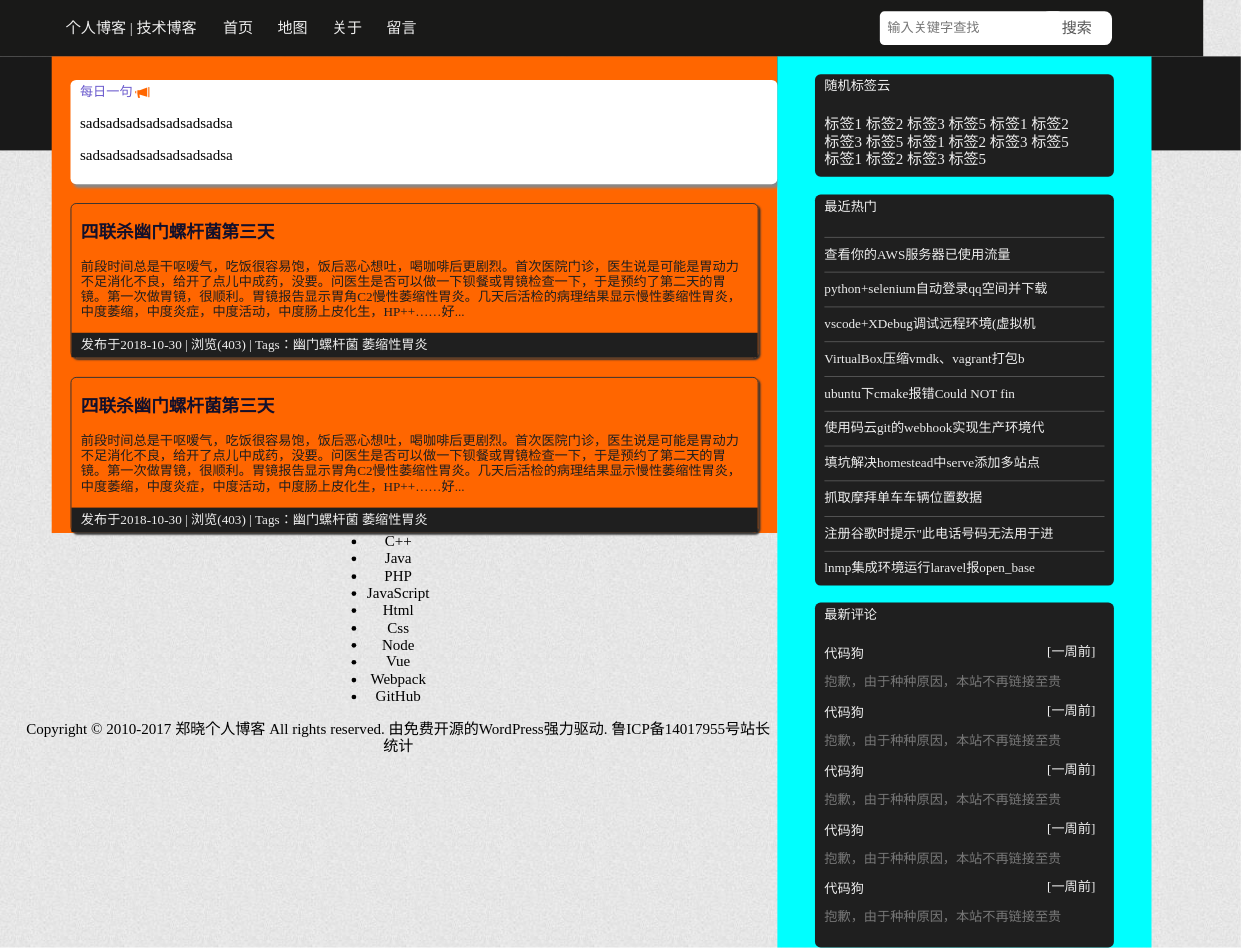
Repository: li1214/my_blog
Page: page/index.html
These files come from the project's save history. The page is drawn as it stood at one moment and after the next save; the edit follows.
The browser window is 1280 px wide. The page is 1320 px wide, so the pictures cover 1320 px, including what lies to the right of the window. The pictures show the whole page, at 94% of full size.

Above is the page before, as saved 2019-01-04 11:27:53.

### page/index.html
<!DOCTYPE html>
<html lang="en">
  <head>
    <meta charset="UTF-8" />
    <meta name="viewport" content="width=device-width, initial-scale=1.0" />
    <meta http-equiv="X-UA-Compatible" content="ie=edge" />
    <title>个人博客</title>
    <link href="./css/base.css" rel="stylesheet" type="text/css" />
    <link href="./css/index.css" rel="stylesheet" type="text/css" />
  </head>
  <body>
    <header>
      <div class="container">
        <a>个人博客 | 技术博客</a>
        <ul>
          <li><a href="">首页</a></li>
          <li><a href="">地图</a></li>
          <li><a href="">关于</a></li>
          <li><a href="">留言</a></li>
        </ul>
        <div class="search">
          <input type="text" placeholder="输入关键字查找" />
          <button>搜索</button>
        </div>
      </div>
    </header>
    <div class="content">
      <div class="content-left">
        <div class="every-day">
          <span>每日一句</span>
          <p>sadsadsadsadsadsadsadsa</p>
          <p>sadsadsadsadsadsadsadsa</p>
        </div>
        <div class="blog-list">
          <div class="blog">
            <a><h3>四联杀幽门螺杆菌第三天</h3></a>
            <p>
              前段时间总是干呕嗳气，吃饭很容易饱，饭后恶心想吐，喝咖啡后更剧烈。首次医院门诊，医生说是可能是胃动力不足消化不良，给开了点儿中成药，没要。问医生是否可以做一下钡餐或胃镜检查一下，于是预约了第二天的胃镜。第一次做胃镜，很顺利。胃镜报告显示胃角C2慢性萎缩性胃炎。几天后活检的病理结果显示慢性萎缩性胃炎，中度萎缩，中度炎症，中度活动，中度肠上皮化生，HP++……好...
            </p>
            <div class="blog-foot">
              发布于2018-10-30 | 浏览(403) | Tags：幽门螺杆菌 萎缩性胃炎
            </div>
          </div>
          <div class="blog">
            <a> <h3>四联杀幽门螺杆菌第三天</h3> </a>
            <p>
              前段时间总是干呕嗳气，吃饭很容易饱，饭后恶心想吐，喝咖啡后更剧烈。首次医院门诊，医生说是可能是胃动力不足消化不良，给开了点儿中成药，没要。问医生是否可以做一下钡餐或胃镜检查一下，于是预约了第二天的胃镜。第一次做胃镜，很顺利。胃镜报告显示胃角C2慢性萎缩性胃炎。几天后活检的病理结果显示慢性萎缩性胃炎，中度萎缩，中度炎症，中度活动，中度肠上皮化生，HP++……好...
            </p>
            <div class="blog-foot">
              发布于2018-10-30 | 浏览(403) | Tags：幽门螺杆菌 萎缩性胃炎
            </div>
          </div>
        </div>
      </div>
      <div class="content-right">
        <div class="right-box">
          <h4>随机标签云</h4>
          <div class="contents">
            <a>标签1</a> <a>标签2</a> <a>标签3</a> <a>标签5</a> <a>标签1</a>
            <a>标签2</a> <a>标签3</a> <a>标签5</a> <a>标签1</a> <a>标签2</a>
            <a>标签3</a> <a>标签5</a> <a>标签1</a> <a>标签2</a> <a>标签3</a>
            <a>标签5</a>
          </div>
        </div>
        <div class="right-box" style="padding-bottom: 0;">
          <h4>最近热门</h4>
          <div class="contents">
            <ul class="list-group">
              <li class="list-group-item">
                <a href="https://www.zh30.com/aws-ec2-cloudwatch.html"
                  >查看你的AWS服务器已使用流量</a
                >
              </li>
              <li class="list-group-item">
                <a
                  href="https://www.zh30.com/python-selenium-qqzone-album.html"
                  >python+selenium自动登录qq空间并下载</a
                >
              </li>
              <li class="list-group-item">
                <a
                  href="https://www.zh30.com/vscode-xdebug-remote-vagrant-php.html"
                  >vscode+XDebug调试远程环境(虚拟机</a
                >
              </li>
              <li class="list-group-item">
                <a
                  href="https://www.zh30.com/virtualbox-vmdk-vagrant-box.html"
                  >VirtualBox压缩vmdk、vagrant打包b</a
                >
              </li>
              <li class="list-group-item">
                <a
                  href="https://www.zh30.com/ubuntu-cmake-could-not-find-boost.html"
                  >ubuntu下cmake报错Could NOT fin</a
                >
              </li>
              <li class="list-group-item">
                <a
                  href="https://www.zh30.com/webhook-git-pull.html"
                  >使用码云git的webhook实现生产环境代</a
                >
              </li>
              <li class="list-group-item">
                <a
                  href="https://www.zh30.com/homestead-serve-add-sites.html"
                  >填坑解决homestead中serve添加多站点</a
                >
              </li>
              <li class="list-group-item">
                <a
                  href="https://www.zh30.com/crawl-mobike-location.html"
                  >抓取摩拜单车车辆位置数据</a
                >
              </li>
              <li class="list-group-item">
                <a
                  href="https://www.zh30.com/google-register-phone-verification.html"
                  >注册谷歌时提示"此电话号码无法用于进</a
                >
              </li>
              <li class="list-group-item">
                <a
                  href="https://www.zh30.com/lnmp-laravel-open_basedir.html"
                  >lnmp集成环境运行laravel报open_base</a
                >
              </li>
            </ul>
          </div>
        </div>
        <div class="right-box">
          <h4>最新评论</h4>
          <div class="contents">
            <div class='item'>
                <div class='item-title'>
                    <span>代码狗</span>
                    <span class='spanr'>[一周前]</span>
                </div>
                <p class='item-comtebt'>
                    抱歉，由于种种原因，本站不再链接至贵
                </p>
            </div>
            <div class='item'>
                <div class='item-title'>
                    <span>代码狗</span>
                    <span class='spanr'>[一周前]</span>
                </div>
                <p class='item-comtebt'>
                    抱歉，由于种种原因，本站不再链接至贵
                </p>
            </div>
            <div class='item'>
                <div class='item-title'>
                    <span>代码狗</span>
                    <span class='spanr'>[一周前]</span>
                </div>
                <p class='item-comtebt'>
                    抱歉，由于种种原因，本站不再链接至贵
                </p>
            </div>
            <div class='item'>
                <div class='item-title'>
                    <span>代码狗</span>
                    <span class='spanr'>[一周前]</span>
                </div>
                <p class='item-comtebt'>
                    抱歉，由于种种原因，本站不再链接至贵
                </p>
            </div>
            <div class='item'>
                <div class='item-title'>
                    <span>代码狗</span>
                    <span class='spanr'>[一周前]</span>
                </div>
                <p class='item-comtebt'>
                    抱歉，由于种种原因，本站不再链接至贵
                </p>
            </div>
          </div>
        </div>
      </div>
    </div>
    <footer>
        <ul>
            <li>C++</li>
            <li>Java</li>
            <li>PHP</li>
            <li>JavaScript</li>
            <li>Html</li>
            <li>Css</li>
            <li>Node</li>
            <li>Vue</li>
            <li>Webpack</li>
            <li>GitHub</li>
        </ul>
        <p>Copyright © 2010-2017 郑晓个人博客 All rights reserved. 由免费开源的WordPress强力驱动. 鲁ICP备14017955号站长统计</p>
    </footer>
  </body>
</html>

### page/css/base.css
html {line-height: 1.15; /* 1 */-webkit-text-size-adjust: 100%; /* 2 */}
body {margin: 0;}
@font-face{
    font-family: 'myicon';
    src: url('../font/glyphicons-halflings-regular.woff2')
}
ul{padding: 0}
main {
  display: block;
}
h1 {
  font-size: 2em;
  margin: 0.67em 0;
}
hr {
  box-sizing: content-box; /* 1 */
  height: 0; /* 1 */
  overflow: visible; /* 2 */
}
pre {
  font-family: monospace, monospace; /* 1 */
  font-size: 1em; /* 2 */
}
a {
  background-color: transparent;
}
abbr[title] {
  border-bottom: none; /* 1 */
  text-decoration: underline; /* 2 */
  text-decoration: underline dotted; /* 2 */
}
b,
strong {
  font-weight: bolder;
}
code,
kbd,
samp {
  font-family: monospace, monospace; /* 1 */
  font-size: 1em; /* 2 */
}
small {
  font-size: 80%;
}
sub,
sup {
  font-size: 75%;
  line-height: 0;
  position: relative;
  vertical-align: baseline;
}
sub {
  bottom: -0.25em;
}
sup {
  top: -0.5em;
}
img {
  border-style: none;
}
button,
input,
optgroup,
select,
textarea {
  font-family: inherit; /* 1 */
  font-size: 100%; /* 1 */
  line-height: 1.15; /* 1 */
  margin: 0; /* 2 */
}
button,
input { /* 1 */
  overflow: visible;
}
button,
select { /* 1 */
  text-transform: none;
}
button,
[type="button"],
[type="reset"],
[type="submit"] {
  -webkit-appearance: button;
}
button::-moz-focus-inner,
[type="button"]::-moz-focus-inner,
[type="reset"]::-moz-focus-inner,
[type="submit"]::-moz-focus-inner {
  border-style: none;
  padding: 0;
}
button:-moz-focusring,
[type="button"]:-moz-focusring,
[type="reset"]:-moz-focusring,
[type="submit"]:-moz-focusring {
  outline: 1px dotted ButtonText;
}
fieldset {
  padding: 0.35em 0.75em 0.625em;
}
legend {
  box-sizing: border-box; /* 1 */
  color: inherit; /* 2 */
  display: table; /* 1 */
  max-width: 100%; /* 1 */
  padding: 0; /* 3 */
  white-space: normal; /* 1 */
}
progress {
  vertical-align: baseline;
}
textarea {
  overflow: auto;
}

[type="checkbox"],
[type="radio"] {
  box-sizing: border-box; /* 1 */
  padding: 0; /* 2 */
}
[type="number"]::-webkit-inner-spin-button,
[type="number"]::-webkit-outer-spin-button {
  height: auto;
}

[type="search"] {
  -webkit-appearance: textfield; /* 1 */
  outline-offset: -2px; /* 2 */
}

[type="search"]::-webkit-search-decoration {
  -webkit-appearance: none;
}
::-webkit-file-upload-button {
  -webkit-appearance: button; /* 1 */
  font: inherit; /* 2 */
}
details {
  display: block;
}
summary {
  display: list-item;
}
template {
  display: none;
}
[hidden] {
  display: none;
}
a{text-decoration: none;}
/* ========================================================== css reset ========================================================== */

body {
    width: 100%;
    height: 100%;
    background-image: url(../image/bg.jpg);
    background-repeat: repeat;
    overflow-x: hidden;
}

header{
    width: 100%;
    height: 60px;
    background-color: #191918;
}
header .container {
    width:1170px;
    height: 100%;
    margin: 0 auto;
}
header .container>a{
    display: block;
    float: left;
    color: #eee;
    line-height: 60px;
    margin: 0 15px;
    font-size: 16px;
}
header .container>ul{
    float: left;
    margin: 0;
    padding: 0;
}
header .container>ul>li{
    display: inline-block;
    float: left;
}
header .container>ul>li a{
    color: #eee;
    display: inline-block;
    height: 60px;
    width: 58px;
    line-height: 60px;
    text-align: center;
}
header .container .search{
    float: right;
    height: 100%;
    position: relative;
    right: 117px;
}
header .container .search>input{
    display: inline-block;
    position: absolute;
    height: 26px;
    padding: 5px 8px;
    border-radius: 5px;
    border:none;
    outline: none;
    font-size: 14px;
    margin-top: 12px;
    left: -172px;
}
header .container .search > button{
    outline: none;
    display: inline-block;
    position: absolute;
    width: 75px;
    height: 36px;
    padding: 5px 10px;
    border-radius: 8px;
    margin-top: 12px;
    cursor: pointer;
    color: #555;
    background-color: white;
    border: none;
}
/* ============================================================== header end ===================================================================== */
.content {
    width: 1170px;
    margin: 0 auto;
    position: relative;
}
.content .content-left{
    float: left;
    width: 66%;
    box-sizing: border-box;
    padding: 0 20px;
    background: #f60;
}
.content .content-right{
    float: right;
    width: 34%;
    box-sizing: border-box;
    background-color: aqua;
}
.right-box{
    background-color: #1f1f1f;
    margin-top: 20px;
    width: 80%;
    margin: 0 auto;
    box-sizing: border-box;
    border-radius: 6px;
    padding-bottom: 10px;
}
.right-box>h4 {
    color: #f4f4f4;
    font-weight: normal;
    padding: 5px 10px;
    font-size: 14px;
}
.right-box .contents{
    color: #eee;
    padding: 0 10px 0px 10px;
}
/* .right-box .contents a::after{
    display: block;
    content: '';
    overflow: hidden;
    clear: both;
    position: absolute;
} */
.right-box .contents>a{
    display: inline-block;
}
.right-box .contents li{
    width: 100%;
    list-style: none;
    white-space:nowrap;
    overflow: hidden;
   text-overflow: ellipsis;
    border-top:1px solid #555;
}
.right-box .contents li a{
    font-size: 14px;
    display: inline-block;
    color: #eee;
    padding: 10px 0;
}
.right-box .item .item-title{position: relative;}
.right-box .item .item-title span{display: inline-block;font-size: 14px;font-weight: normal;}
.right-box .item .item-title span.spanr{
    position: absolute;
    right: 10px;
}
.right-box .item > p{color: #777;font-size: 14px;}


/* =====================================================================  footer start ================================================================= */

footer{
    width: 100%;
    height: 60px;
    background: #191919;
    text-align: center;
    padding: 20px;
}
footer ul{
    display: inline-block;
    margin:  0 auto;
    text-align: center;
}
footer ul li{

}

### page/css/index.css

.every-day{
    background-color: white;
    text-align: left;
    width: 100%;
    border-radius: 6px;
    padding: 5px 10px;
    box-shadow: 3px 4px 3px #888;
    margin-top: 25px;
}
.every-day span::before{
    font-family: myicon;
    content:'\e122';
    font-size: 14px;
    color: #f60;
    position: absolute;
    display: block;
    left: 90px;
}
.every-day > span{
    font-size: 14px;
    display: block;
    margin-bottom: 5px;
    color: slateblue;
}
.every-day > p{
    /* zuanwu */
}

.blog-list{
    width: 100%;
    position: relative;
}
.blog-list .blog{
    width: 100%;
    border:1px solid #333;
    border-radius: 6px;
    box-sizing: border-box;
    margin-top: 20px;
    box-shadow: 2px 2px 2px #333;
}
.blog-list .blog h3 {
    padding: 0 10px;
    color: #13102b;
    transition: color 0.5s;
}
.blog-list .blog h3:hover{color: #337ab7;cursor: pointer;}
.blog-list .blog p{padding: 0 10px;font-size: 14px;color: #1f1f1f;}
.blog-list .blog .blog-foot{
    background-color: #1f1f1f;
    padding: 5px 10px;
    color: #eee;
    font-size: 14px;
}

After the next save:
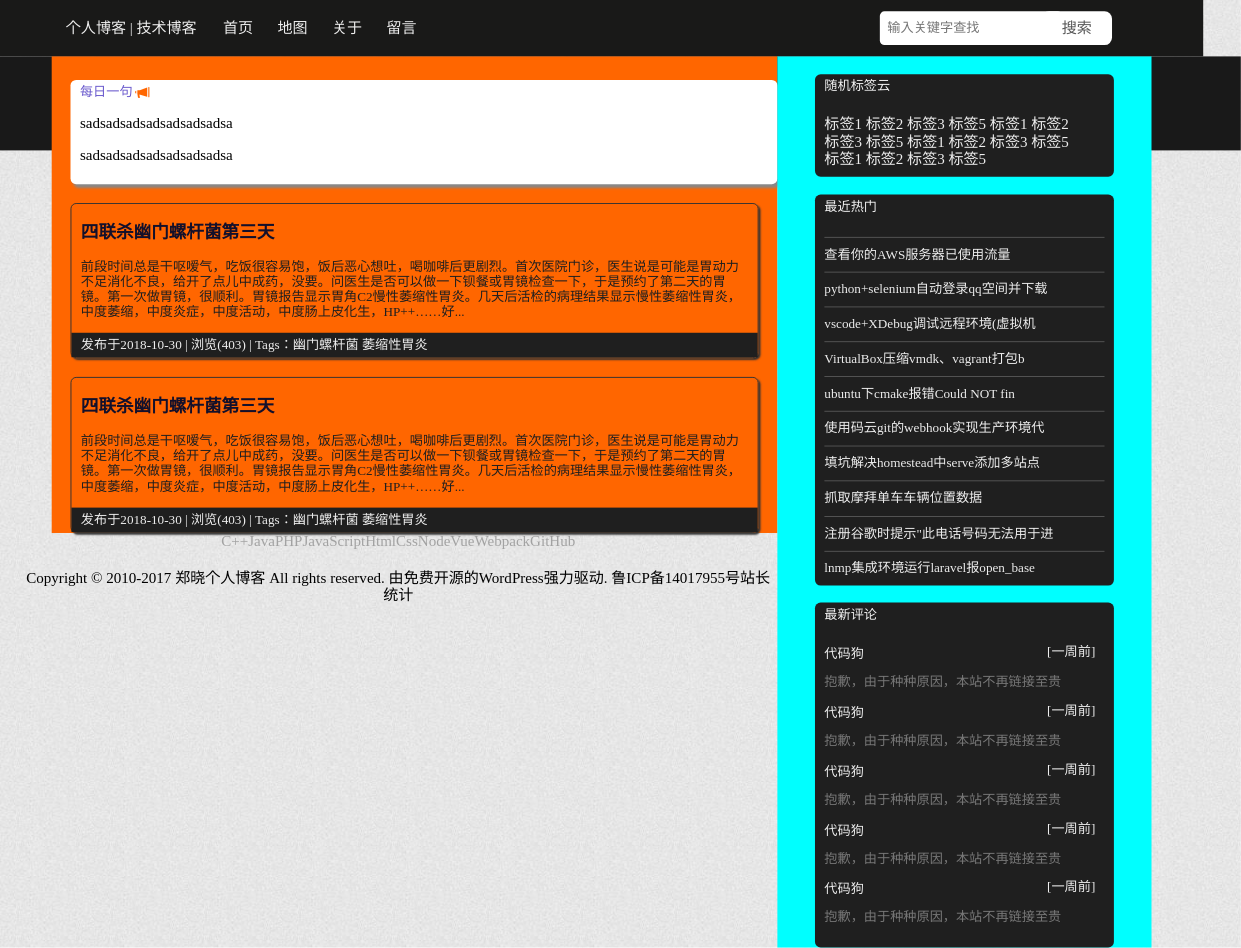
Saved 29 s later.
--- a/page/css/base.css
+++ b/page/css/base.css
@@ -311,5 +311,7 @@ footer ul{
     text-align: center;
 }
 footer ul li{
-
-}
+    display: inline-block;
+    color: #a2a2a2;
+    float: left;
+}
